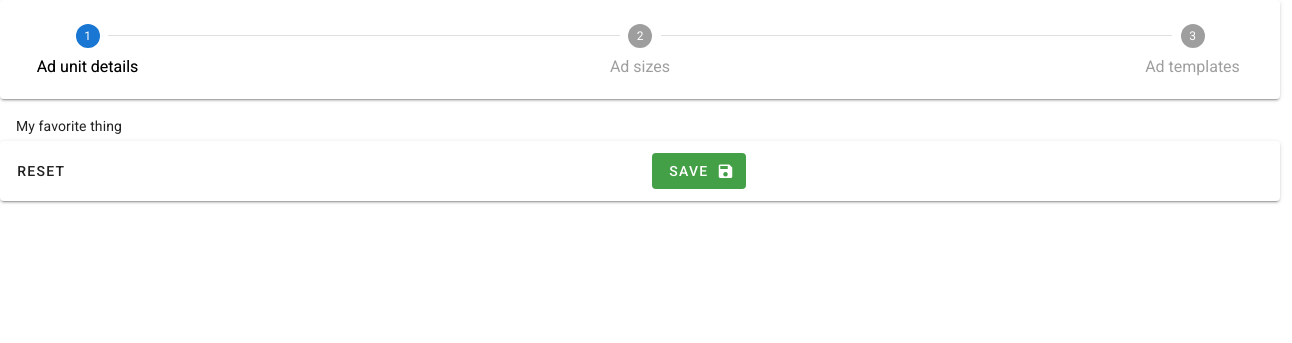
Repository: SidneyHodieb/myc
Page: /addsource
These files come from the project's save history. The page is drawn as it stood at one moment and after the next save; the edit follows.
The browser window is 1280 px wide. The page is 1292 px wide, so the pictures cover 1292 px, including what lies to the right of the window. The pictures show the whole page.
The project was rebuilt for these pictures with package versions that can differ from the ones it lists, and the page was loaded fresh each time. Also part of the build but not shown: vue.config.js, src/views/Home.vue, src/views/addSource/components/format.vue, src/views/addSource/components/card.vue, src/views/addSource/components/trigger.vue.

Above is the page before, as saved 2021-04-03 19:17:17.

After the next save:
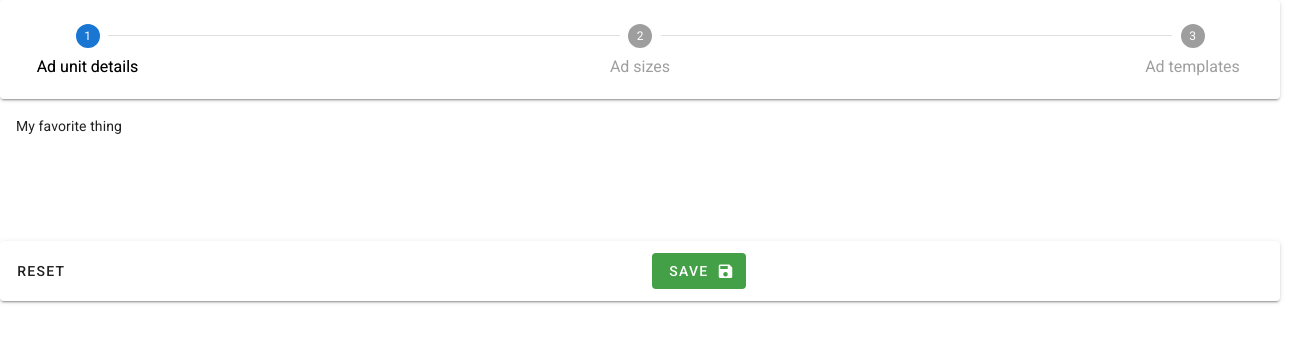
Saved 12 s later.
--- a/src/views/addSource/column.vue
+++ b/src/views/addSource/column.vue
@@ -51,7 +51,7 @@
         </v-col>
       </v-row> -->
 
-<v-card style="margin-bottom:10px">
+<v-card style="margin-top:100px">
 
     <v-row>
        <v-col >
